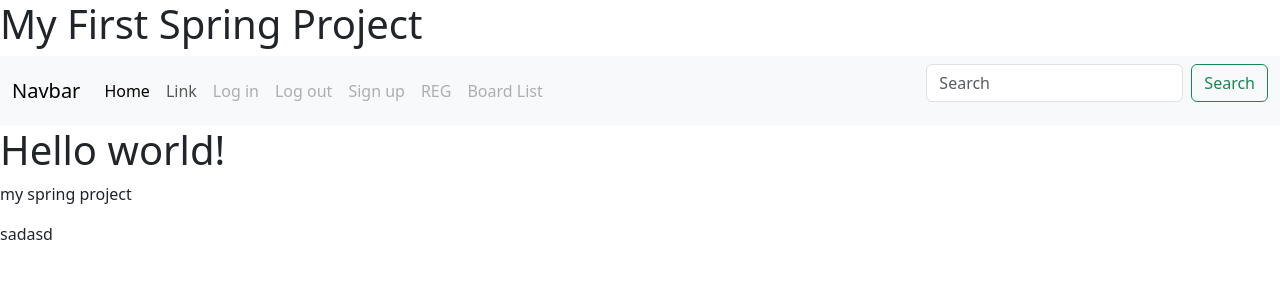
Repository: dfhdfhdfsza/springtest
Page: http://localhost/spring-Test/WEB-INF/views/index.jsp
The author's editor kept a copy of each file at every save. The page is drawn from the files as they stood at one save, then again after the next save.
The browser window is 1280 px wide. The pictures show the whole page.
The page is served by Tomcat 9. Nobody is signed in. Other server files are loaded and not shown. The template is opened directly, without the code that normally fills it, so the values that code supplies are empty.

Above is the page before, as saved 2023-10-04 12:40:02.

### spring-Test/src/main/webapp/WEB-INF/views/index.jsp
<%@ page language="java" contentType="text/html; charset=UTF-8"
	pageEncoding="UTF-8"%>
<%@ taglib uri="http://java.sun.com/jsp/jstl/core" prefix="c"%>
<%@ page session="false"%>
<html>

<jsp:include page="./layout/header.jsp"></jsp:include>
	<h1>Hello world!</h1>

	<P>my spring project</P>
<jsp:include page="./layout/footer.jsp"></jsp:include>

### spring-Test/src/main/webapp/WEB-INF/views/layout/header.jsp
<%@ page language="java" contentType="text/html; charset=UTF-8"
    pageEncoding="UTF-8"%>
    <%@ taglib prefix="c" uri="http://java.sun.com/jsp/jstl/core" %>
<!DOCTYPE html>
<html>
<head>
<meta charset="UTF-8">
<title>Insert title here</title>
<link href="https://cdn.jsdelivr.net/npm/bootstrap@5.3.1/dist/css/bootstrap.min.css" rel="stylesheet" integrity="sha384-4bw+/aepP/YC94hEpVNVgiZdgIC5+VKNBQNGCHeKRQN+PtmoHDEXuppvnDJzQIu9" crossorigin="anonymous">
<script src="https://cdn.jsdelivr.net/npm/bootstrap@5.3.1/dist/js/bootstrap.bundle.min.js" integrity="sha384-HwwvtgBNo3bZJJLYd8oVXjrBZt8cqVSpeBNS5n7C8IVInixGAoxmnlMuBnhbgrkm" crossorigin="anonymous"></script>
</head>
<body>
	<h1>My First Spring Project</h1>
	<nav class="navbar navbar-expand-lg bg-body-tertiary">
  <div class="container-fluid">
    <a class="navbar-brand" href="#">Navbar</a>
    <button class="navbar-toggler" type="button" data-bs-toggle="collapse" data-bs-target="#navbarSupportedContent" aria-controls="navbarSupportedContent" aria-expanded="false" aria-label="Toggle navigation">
      <span class="navbar-toggler-icon"></span>
    </button>
    <div class="collapse navbar-collapse" id="navbarSupportedContent">
      <ul class="navbar-nav me-auto mb-2 mb-lg-0">
        <li class="nav-item">
          <a class="nav-link active" aria-current="page" href="#">Home</a>
        </li>
        <li class="nav-item">
          <a class="nav-link" href="#">Link</a>
        </li>
        <li class="nav-item">
          <a class="nav-link disabled" aria-disabled="true">Log in</a>
        </li>
        <li class="nav-item">
          <a class="nav-link disabled" aria-disabled="true">Log out</a>
        </li>
        <li class="nav-item">
          <a class="nav-link disabled" aria-disabled="true">Sign up</a>
        </li>
        <li class="nav-item">
          <a class="nav-link disabled" aria-disabled="true">REG</a>
        </li>
        <li class="nav-item">
          <a class="nav-link disabled" aria-disabled="true">Board List</a>
        </li>
      </ul>
      <form class="d-flex" role="search">
        <input class="form-control me-2" type="search" placeholder="Search" aria-label="Search">
        <button class="btn btn-outline-success" type="submit">Search</button>
      </form>
    </div>
  </div>
</nav>

### spring-Test/src/main/webapp/WEB-INF/views/layout/footer.jsp
<%@ page language="java" contentType="text/html; charset=UTF-8"
    pageEncoding="UTF-8"%>


	<div>
		sadasd
	</div>
</body>
</html>

After the next save:
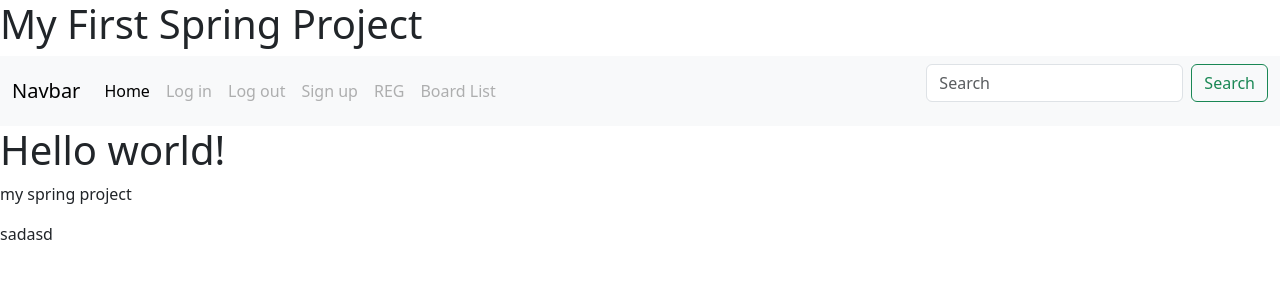
Saved 3 min 25 s later.
--- a/spring-Test/src/main/webapp/WEB-INF/views/layout/header.jsp
+++ b/spring-Test/src/main/webapp/WEB-INF/views/layout/header.jsp
@@ -22,9 +22,7 @@
         <li class="nav-item">
           <a class="nav-link active" aria-current="page" href="#">Home</a>
         </li>
-        <li class="nav-item">
-          <a class="nav-link" href="#">Link</a>
-        </li>
+
         <li class="nav-item">
           <a class="nav-link disabled" aria-disabled="true">Log in</a>
         </li>
